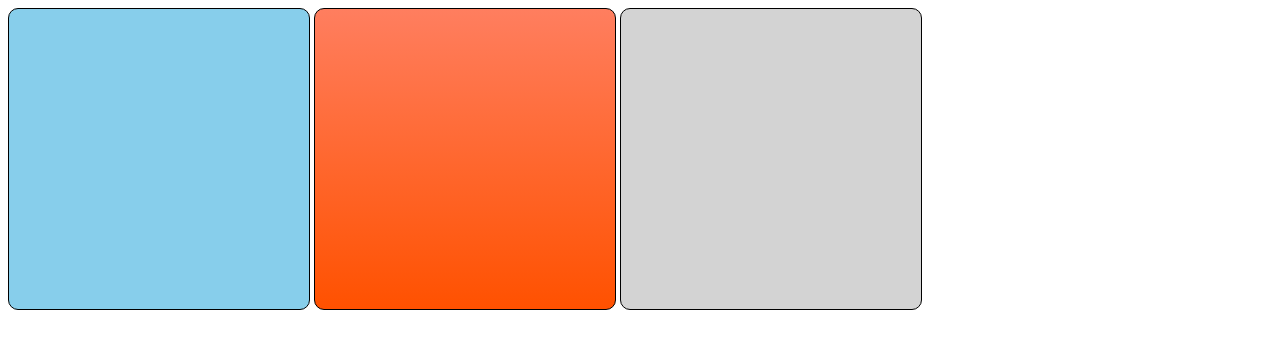
Repository: Iamjordana/html-css
Page: Html Css/Exercicios/ex22/fundo01.html
An editor plug-in stored every save of this project. The page is shown before and after a run of saves, followed by the edit.
The browser window is 1280 px wide. The pictures show the whole page.

Above is the page before, as saved 2025-04-11 13:35:04.

After the next 2 saves:
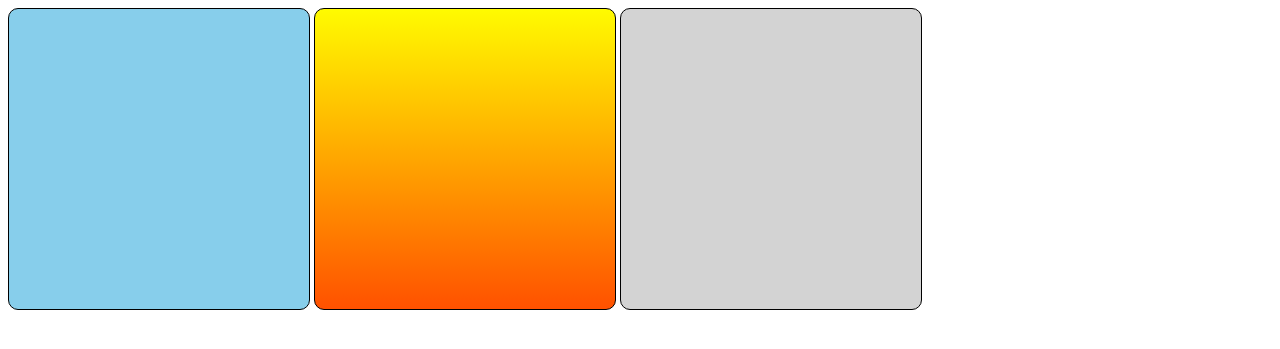
The 2 saves are shown as one change because they came seconds apart.
The last was saved 7 s later.
--- a/Html Css/Exercicios/ex22/fundo01.html
+++ b/Html Css/Exercicios/ex22/fundo01.html
@@ -19,7 +19,7 @@
             background-color: skyblue;
         }
         div#q2{
-            background-image: linear-gradient(to bottom, #ff7e5f, #ff5100);
+            background-image: linear-gradient(to bottom, #fffb00, #ff5100);
         }
         div#q3{
 
